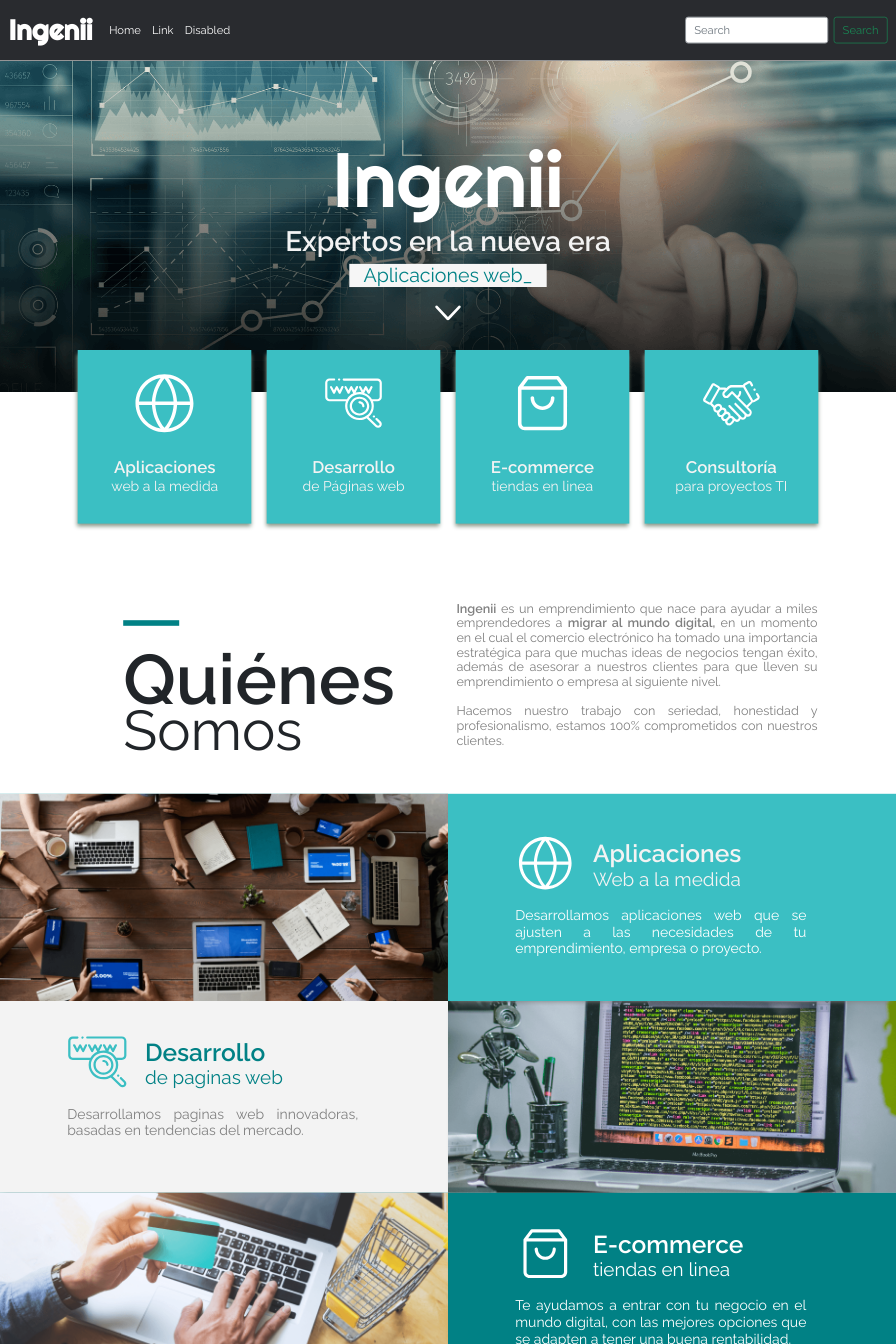
Repository: mariomr87/testwebpage
Page: index.html
These files come from the project's save history. The page is drawn as it stood at one moment and after the next save; the edit follows.
The browser window is 1280 px wide. The pictures show the part of the page from y = 0 to 1920 px (the page is 3537 px tall), at 70% of full size.
Some web libraries are served in a nearby version.

Above is the page before, as saved 2021-10-02 22:36:29.

After the next save:
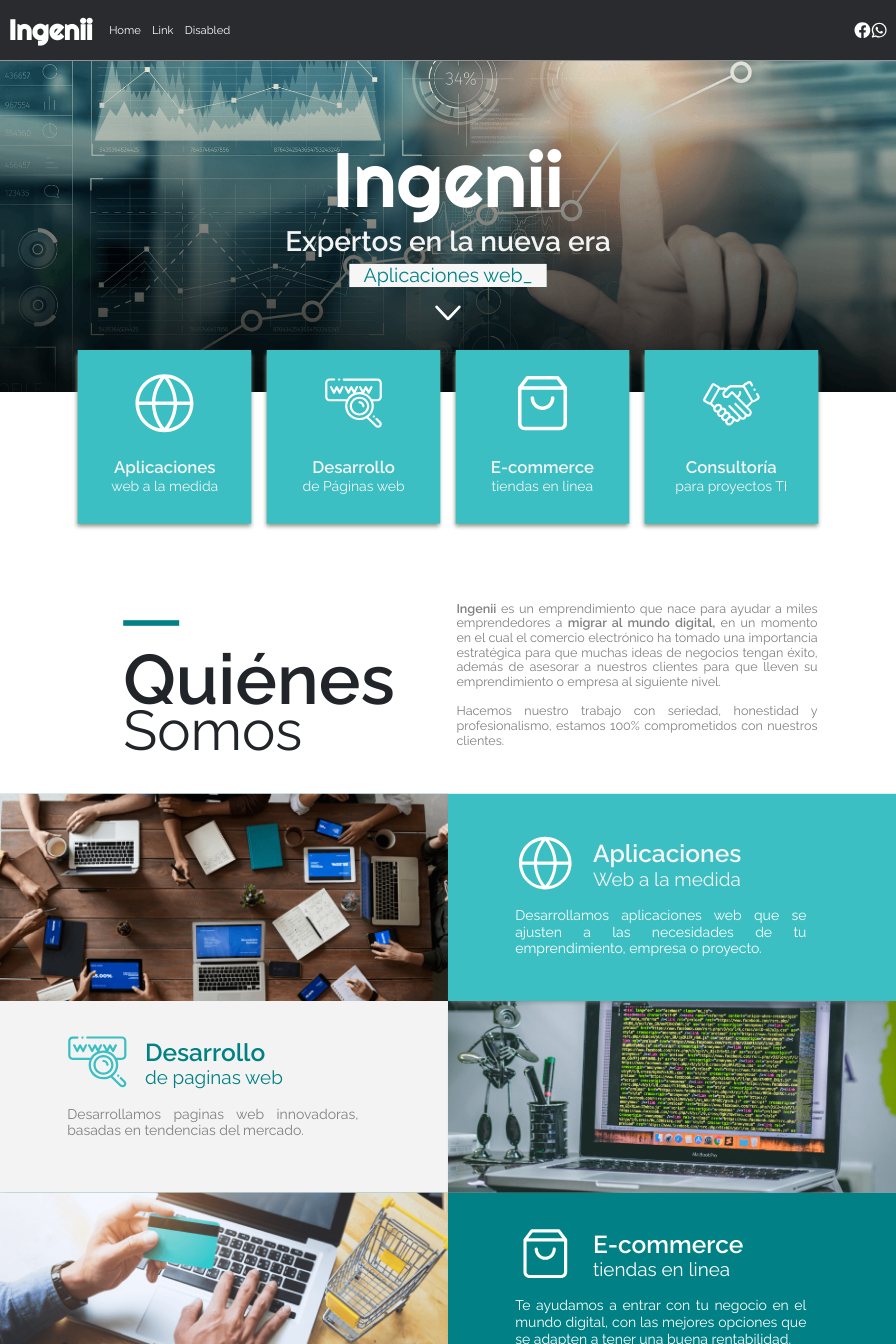
Saved 14 s later.
--- a/index.html
+++ b/index.html
@@ -44,38 +44,13 @@
 					<a class="nav-link " href="#" tabindex="-1" aria-disabled="true"><span class="texto-link">Disabled</span></a>
 				  </li>
 				</ul>
-				<form class="d-flex">
-				  <input class="form-control me-2" type="search" placeholder="Search" aria-label="Search">
-				  <button class="btn btn-outline-success" type="submit">Search</button>
+				<form class="d-flex menuimg-redes">
+					<img class="menuing-redes-logos" src="./imagenes/menu/Facebook.svg" alt="">
+					<img class="menuing-redes-logos" src="./imagenes/menu/WhatsApp.svg" alt="">
 				</form>
 			  </div>
 			</div>
 		  </nav>
-
-		<!-- <div class="container-fluid"> -->
-			<!-- Barra de navegacion -->
-			<!-- <nav class="navbar navbar-expand-md navbar-dark bg-dark">
-				<div class="container-fluid">
-					<a href="#" class="navbar-brand">Ingenii</a>
-					<button type="button" class="navbar-toggler" data-bs-toggle="collapse" data-bs-target="#menunav">
-						<span class="navbar-toggler-icon" ></span>
-					</button>
-				</div>
-				<div class="collapse navbar-collapse" id="menunav">
-					<ul class="navbar-nav me-auto mb-2 mb-lg-0">
-						<li class="nav-item"><a href="#" class="nav-link">Inicio</a></li>
-						<li class="nav-item"><a href="#" class="nav-link">Inicio</a></li>
-						<li class="nav-item"><a href="#" class="nav-link">Inicio</a></li>
-						<li class="nav-item"><a href="#" class="nav-link">Inicio</a></li>
-						<li class="nav-item"><a href="#" class="nav-link">Inicio</a></li>
-
-					</ul>
-				</div>
-			</nav>
-		</div> -->
-
-
-
 
 		<!-- Slider -->
 		<div class="container-fluid slider text-centro text-center">
